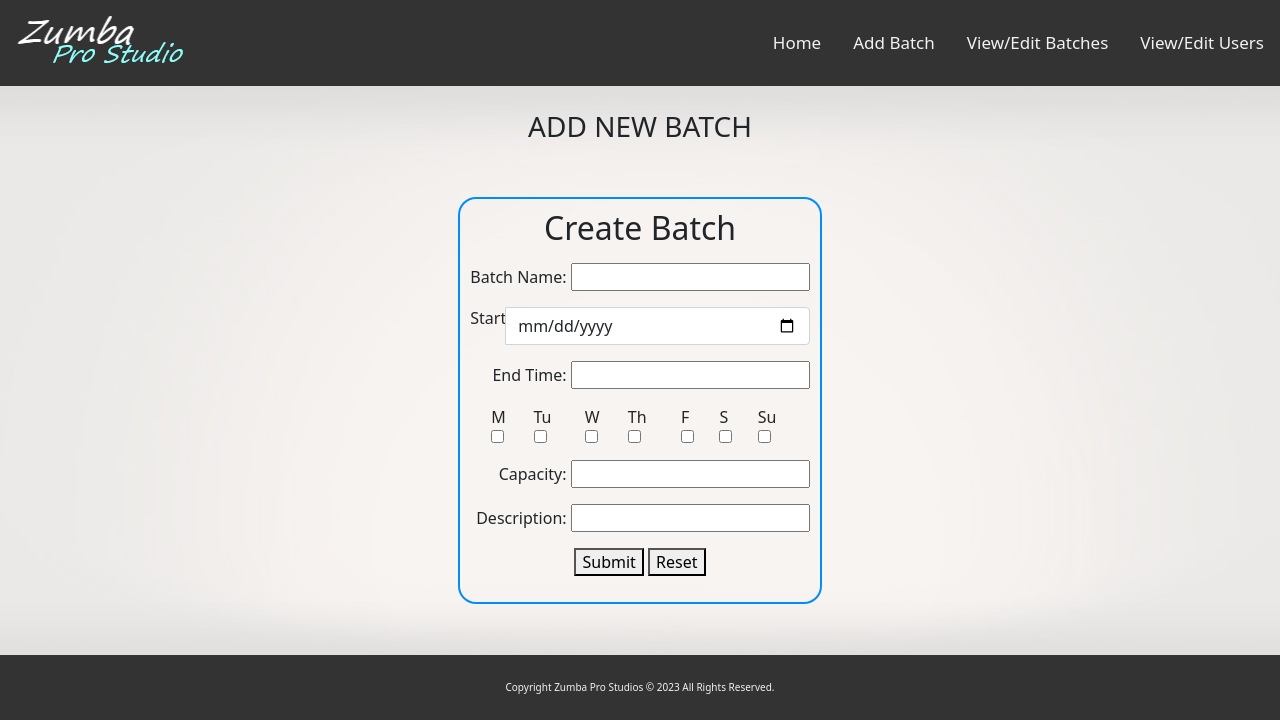
Repository: basemsamuel/Zumba
Page: http://localhost/ZumbaProStudio/addbatch.jsp
An editor plug-in stored every save of this project. The page is shown before and after the next save, followed by the edit.
The browser window is 1280 px wide. The pictures show the whole page.
The page is served by Tomcat 10.

Above is the page before, as saved 2023-07-30 23:38:24.

After the next save:
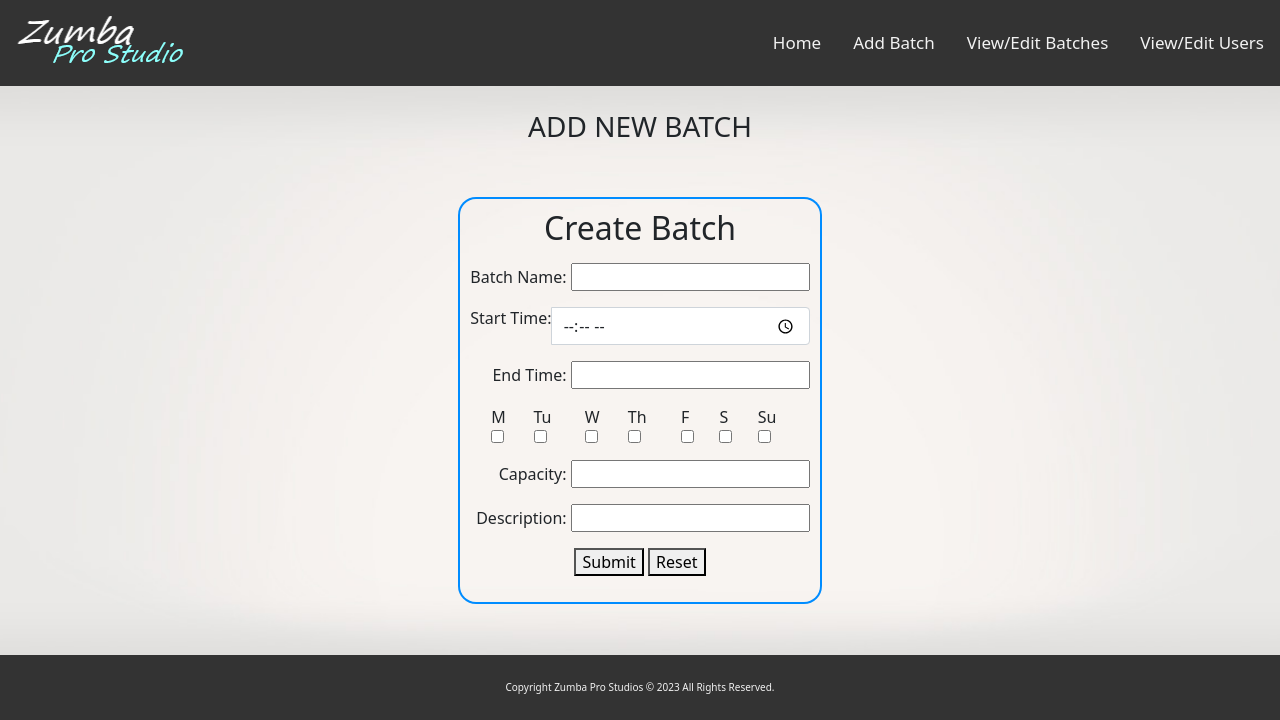
Saved 47 s later.
--- a/ZumbaProStudio/src/main/webapp/addbatch.jsp
+++ b/ZumbaProStudio/src/main/webapp/addbatch.jsp
@@ -26,8 +26,8 @@
 						    <div class='form-group'>
 						        <p>
 							        <div class='right input-group date'>
-							            <label for="startDate">Start</label>
-										<input id="startDate" class="form-control" type="date" />
+							            <label for="startDate">Start Time:</label>
+										<input id="startDate" class="form-control" type="time" />
 							        </div>
 						        </p>
 						    </div>
